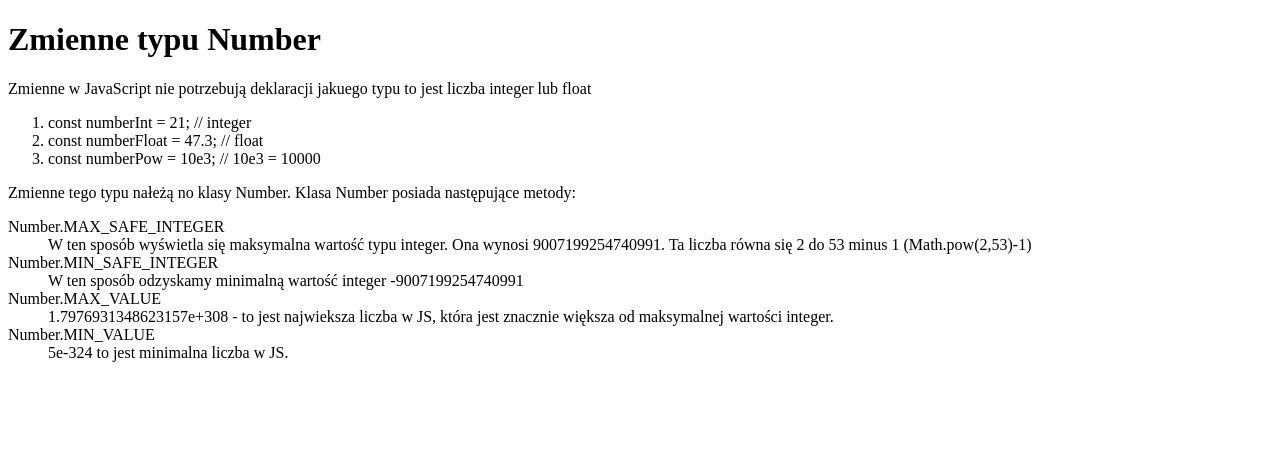
Repository: romanstetsiuk1/JS_learn
Page: number.html
An editor plug-in stored every save of this project. The page is shown before and after the next save, followed by the edit.
The browser window is 1280 px wide. The pictures show the whole page.

Above is the page before, as saved 2020-08-12 20:06:10.

### number.html
<!DOCTYPE html>
<html lang="en, pl">
<head>
  <meta charset="UTF-8">
  <title>Number variables</title>
</head>
<body>

  <main>
    <h1>Zmienne typu Number</h1>

    <article>
      <p>Zmienne w JavaScript nie potrzebują deklaracji jakuego typu to jest liczba integer lub float</p>
      <div class="vsCode">
        <ol>
          <li>const numberInt = 21;       // integer</li>
          <li>const numberFloat = 47.3;   // float</li>
          <li>const numberPow = 10e3;     // 10e3 = 10000</li>
        </ol>
      </div>
    </article>

    <article>
      <p>Zmienne tego typu nałeżą no klasy Number.
        Klasa Number posiada następujące metody:
      </p>
      <dl>
        <dt>Number.MAX_SAFE_INTEGER</dt>
        <dd>W ten sposób wyświetla się maksymalna wartość typu integer.
          Ona wynosi 9007199254740991. Ta liczba równa się 2 do 53 minus 1 (Math.pow(2,53)-1)
        </dd>

        <dt>Number.MIN_SAFE_INTEGER</dt>
        <dd>W ten sposób odzyskamy minimalną wartość integer -9007199254740991</dd>

        <dt>Number.MAX_VALUE</dt>
        <dd>1.7976931348623157e+308 - to jest najwieksza liczba w JS, która jest
          znacznie większa od maksymalnej wartości integer.
        </dd>

        <dt>Number.MIN_VALUE</dt>
        <dd>5e-324 to jest minimalna liczba w JS.</dd>

      </dl>
    </article>

  </main>

</body>
</html>

After the next save:
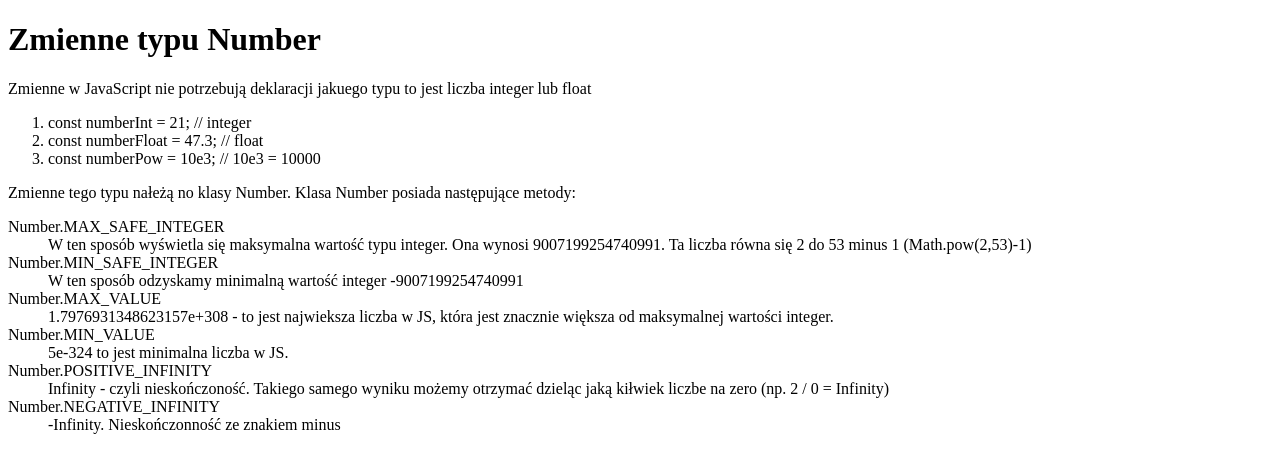
Saved 18 h 38 min later.
--- a/number.html
+++ b/number.html
@@ -41,6 +41,14 @@
         <dt>Number.MIN_VALUE</dt>
         <dd>5e-324 to jest minimalna liczba w JS.</dd>
 
+        <dt>Number.POSITIVE_INFINITY</dt>
+        <dd>Infinity - czyli nieskończoność. Takiego samego wyniku
+          możemy otrzymać dzieląc jaką kiłwiek liczbe na zero (np. 2 / 0 = Infinity)
+        </dd>
+
+        <dt>Number.NEGATIVE_INFINITY</dt>
+        <dd>-Infinity. Nieskończonność ze znakiem minus</dd>
+
       </dl>
     </article>
 
